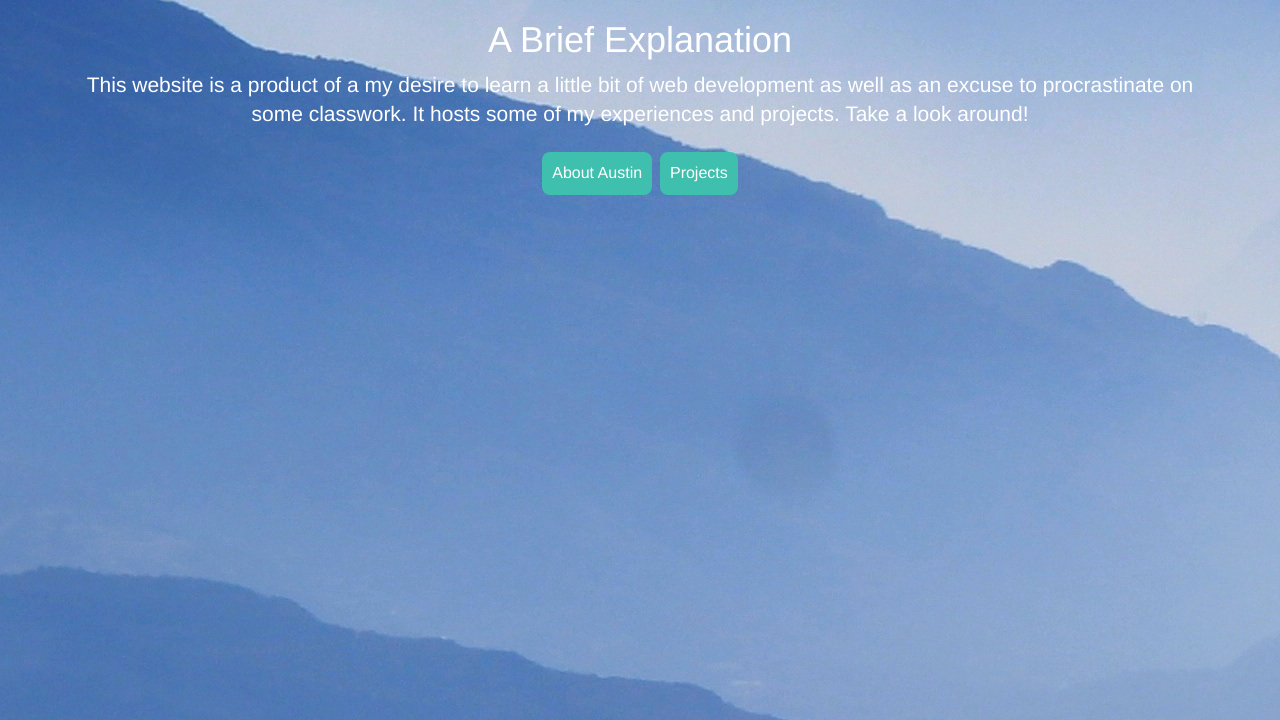
Repository: austinHerring/PersonalWebsite
Page: PersonalWebsite/WebContent/index.html
These files come from the project's save history. The page is drawn as it stood at one moment and after the next save; the edit follows.
The browser window is 1280 px wide. The pictures show the whole page.

Above is the page before, as saved 2016-06-12 22:56:56.

### PersonalWebsite/WebContent/index.html
<html>
	<head>
		<meta charset="utf-8"/>
		<title>Home - Austin</title>
		<link rel="stylesheet" href="css/bootstrap.min.css">
		<link rel="stylesheet" href="css/bootstrap-theme.min.css">
		<link rel="stylesheet" href="css/main.css">
		<link rel="stylesheet" href="css/background.css">
	</head>
	<body>

		<div class="container" id="page-wrap">
			<div class="row">
				<div class="col-lg-12">
					<h1>A Brief Explanation</h1>
					<p class="lead">This website is a product of a my desire to learn a little bit of web development as well as an excuse to procrastinate on some classwork. It hosts some of my experiences and projects. Take a look around!</p>
				</div>
			</div>
			<div class="row">
				<div class="col-lg-12">
					<a class="button button1" href="about.html" role="button">About Austin</a>
					<a class="button button1" href="projects.html" role="button">Projects</a>
				</div>
			</div>
		</div>

		<div id="bg">
			<img src="images/background.jpg" alt="">
		</div>

		<script src="js/jquery.min.js"></script>
		<script src="js/bootstrap.min.js"></script>
	</body>
</html>

### PersonalWebsite/WebContent/css/main.css
body {
    width: 100%;
    height: 100%;
    text-align: center;
    color: #fff;
    background-color:#000;
}

.button {
    background-color: #3fbfad; /* Green */
    border: none;
    color: white;
    padding: 8px 8px;
    text-align: center;
    text-decoration: none;
    display: inline-block;
    font-size: 16px;
    margin: 4px 2px;
    -webkit-transition-duration: 0.4s; /* Safari */
    transition-duration: 0.4s;
    cursor: pointer;
    border-radius: 8px;
}

.button1 {
    background-color: #3fbfad;
    color: white;
    border: 2px solid #3fbfad;
}

.button1:hover {
    background:rgba(0,0,0,0);
    color: #3fbfad;
    text-decoration: none;
}

### PersonalWebsite/WebContent/css/background.css
@CHARSET "UTF-8";
#bg {
	position:fixed;
	top:-50%;
	left:-50%;
	width:100%;
	height:80%;
}

#bg img {
	position:absolute;
	top:0;
	left:0;
	right:0;
	bottom:0;
	margin:auto;
	min-width:50%;
	min-height:50%;
}

#page-wrap { position: relative; z-index: 2}

Loaded but not shown: PersonalWebsite/WebContent/css/bootstrap.min.css (library); PersonalWebsite/WebContent/css/bootstrap-theme.min.css (library); PersonalWebsite/WebContent/js/jquery.min.js (library); PersonalWebsite/WebContent/js/bootstrap.min.js (library)

After the next save:
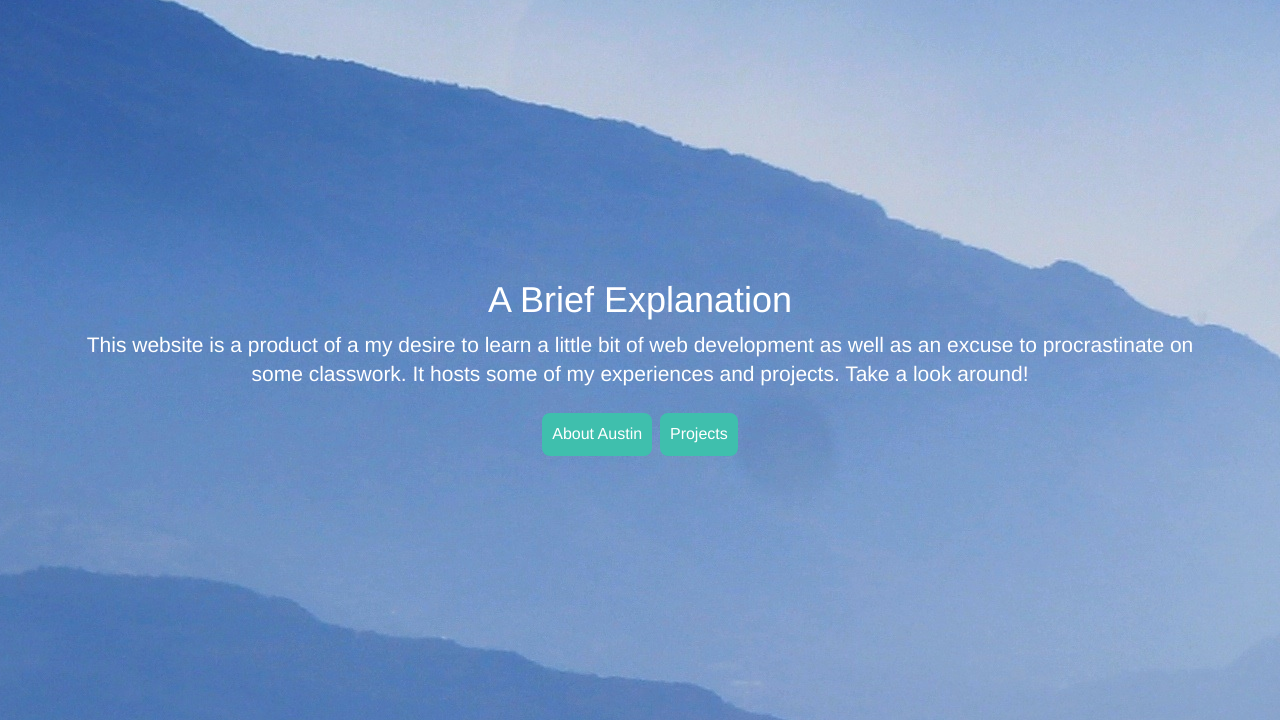
Saved 102 s later.
--- a/PersonalWebsite/WebContent/css/main.css
+++ b/PersonalWebsite/WebContent/css/main.css
@@ -1,9 +1,20 @@
+html, body {
+    height: 100%;
+}
+
+html {
+    display: table;
+    margin: auto;
+}
+
 body {
     width: 100%;
     height: 100%;
     text-align: center;
     color: #fff;
     background-color:#000;
+    display: table-cell;
+    vertical-align: middle;
 }
 
 .button {
